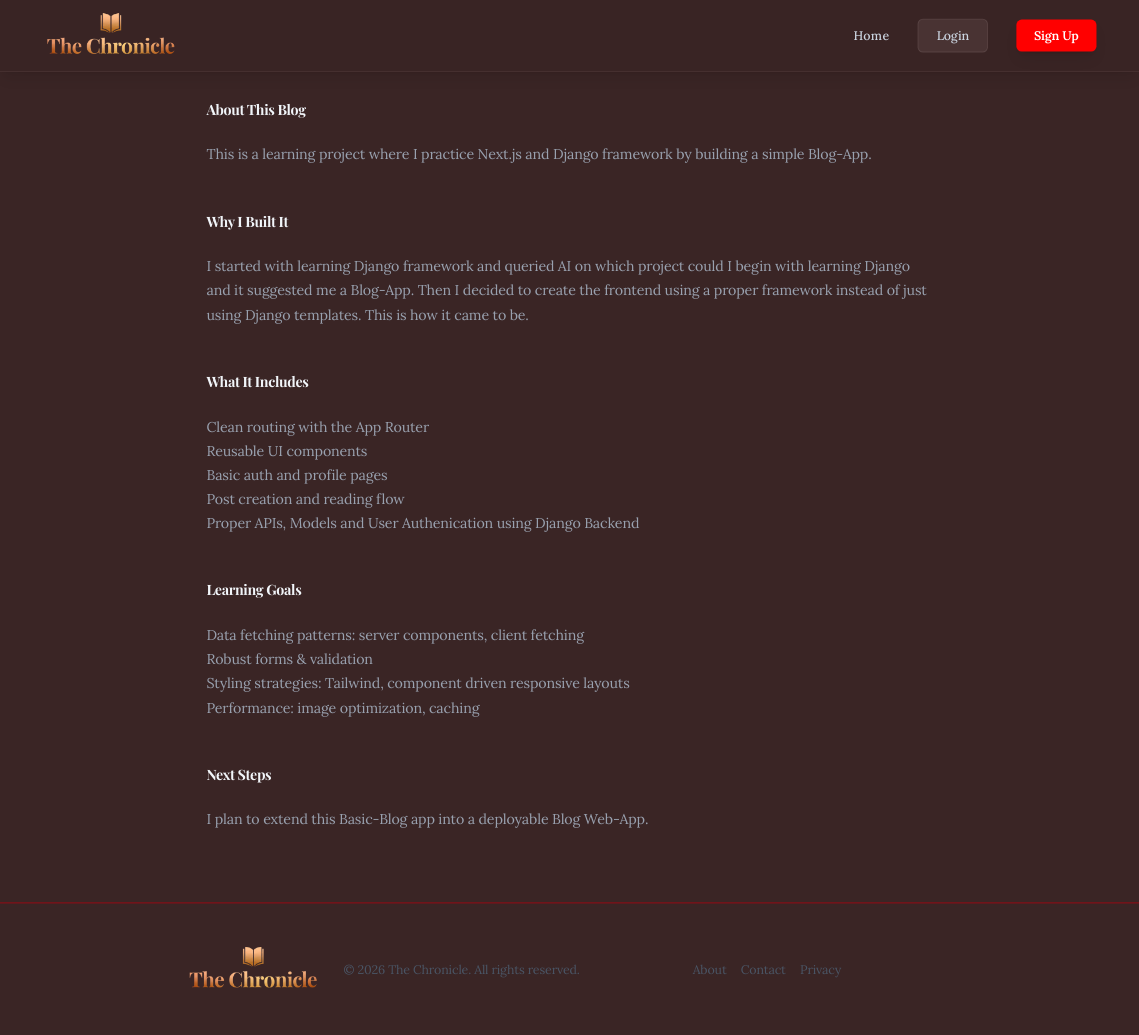
Repository: swaruplamsal/BasicBlogApp
Page: /about (app in blog-frontend/)
These files come from the project's save history. The page is drawn as it stood at one moment and after a run of saves; the edit follows.
The browser window is 1280 px wide. The pictures show the whole page, at 89% of full size.
The page's requests for data from a server got no answer. The project was rebuilt for these pictures with package versions that can differ from the ones it lists, and the page was loaded fresh each time. The framework's server and built-in components were replaced by stand-ins that run in the browser. No one was signed in, and anything a server would have sent is missing. Also part of the build but not shown: blog-frontend/next.config.mjs, blog-frontend/app/components/Avatar.js.

Above is the page before, as saved 2026-02-07 21:14:51.

After the next 4 saves:
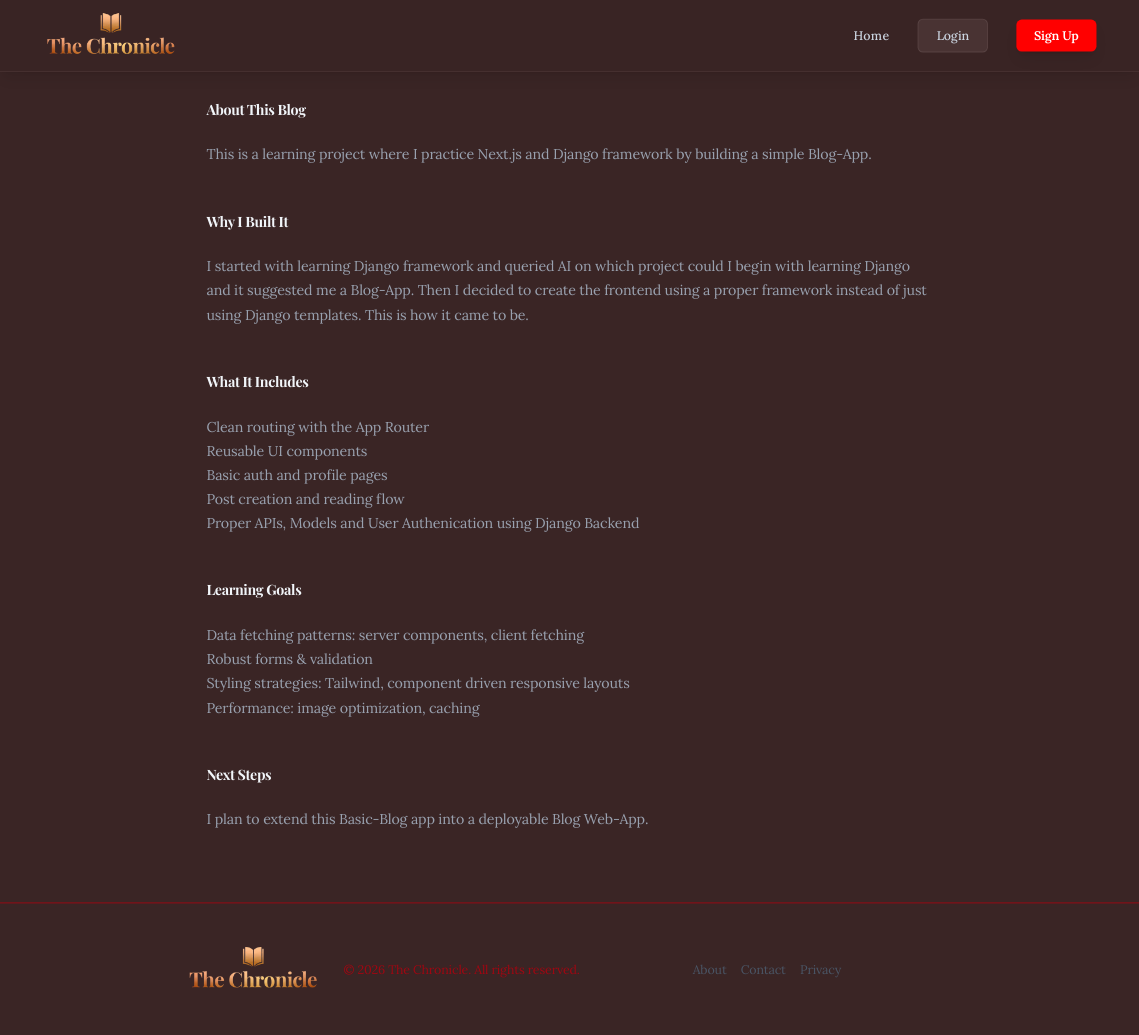
The 4 saves are shown as one change because they came seconds apart.
The last was saved 24 s later.
--- a/blog-frontend/app/components/Footer.js
+++ b/blog-frontend/app/components/Footer.js
@@ -7,7 +7,7 @@
     <footer className="border-t mt-12 py-8 text-red-800 dark:bg-gray-900">
       <div className="max-w-4xl mx-auto px-4 flex flex-col md:flex-row items-center justify-between gap-4">
         <div className="flex items-center space-x-3">
-          <Link href="/" className="flex items-center">
+          <Link href="/" className="flex items-center text-gray-600">
             <Image
               src="/images/logo.png"
               alt="Logo"
@@ -16,7 +16,7 @@
               className="rounded-sm"
             />
           </Link>
-          <p className="text-sm text-gray-600 dark:text-gray-300 ml-4">
+          <p className="text-sm  dark:text-gray-300 ml-4">
             © {new Date().getFullYear()} The Chronicle. All rights reserved.
           </p>
         </div>

After the save that followed:
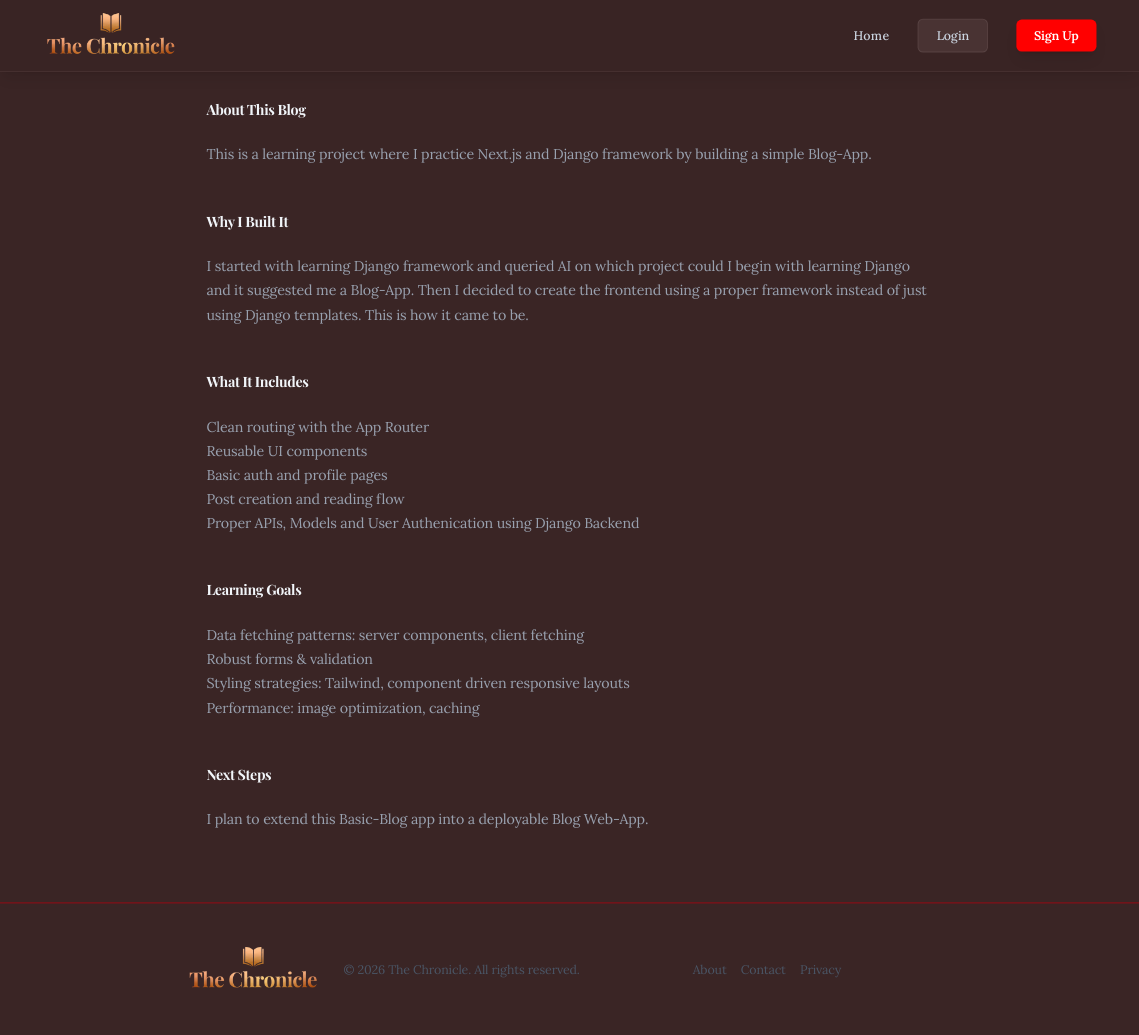
Saved 4 s later.
--- a/blog-frontend/app/components/Footer.js
+++ b/blog-frontend/app/components/Footer.js
@@ -7,7 +7,7 @@
     <footer className="border-t mt-12 py-8 text-red-800 dark:bg-gray-900">
       <div className="max-w-4xl mx-auto px-4 flex flex-col md:flex-row items-center justify-between gap-4">
         <div className="flex items-center space-x-3">
-          <Link href="/" className="flex items-center text-gray-600">
+          <Link href="/" className="flex items-center">
             <Image
               src="/images/logo.png"
               alt="Logo"
@@ -16,7 +16,7 @@
               className="rounded-sm"
             />
           </Link>
-          <p className="text-sm  dark:text-gray-300 ml-4">
+          <p className="text-sm text-gray-600 dark:text-gray-300 ml-4">
             © {new Date().getFullYear()} The Chronicle. All rights reserved.
           </p>
         </div>
